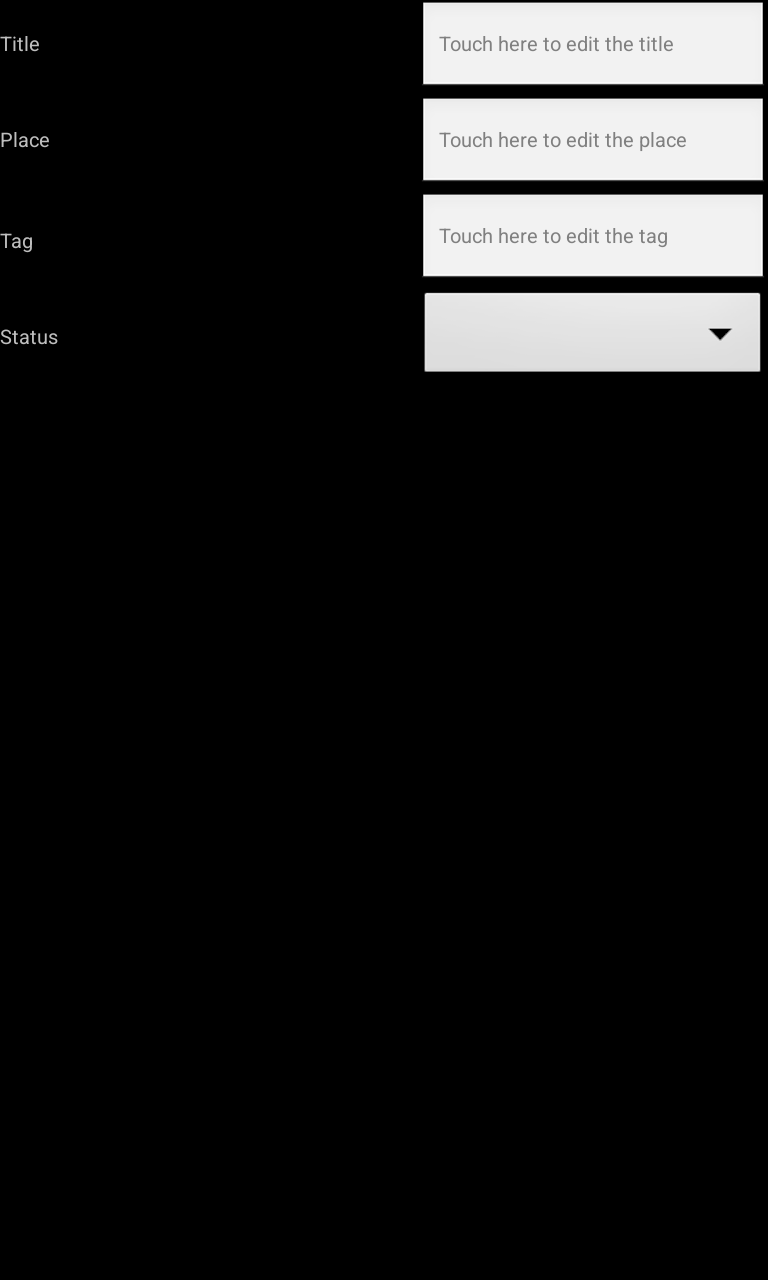
Repository: hilfialkaff/todo
Layout: ToDo_Replica/res/layout/add.xml
The author's editor kept a copy of each file at every save. The layout is drawn from the files as they stood at one save, then again after the next save.
It is drawn on a 768 x 1280 px phone screen (xhdpi) without system bars, with theme CustomTheme; the app's code is not run.

Above is the layout before, as saved 2011-03-18 01:45:41.

After the next save:
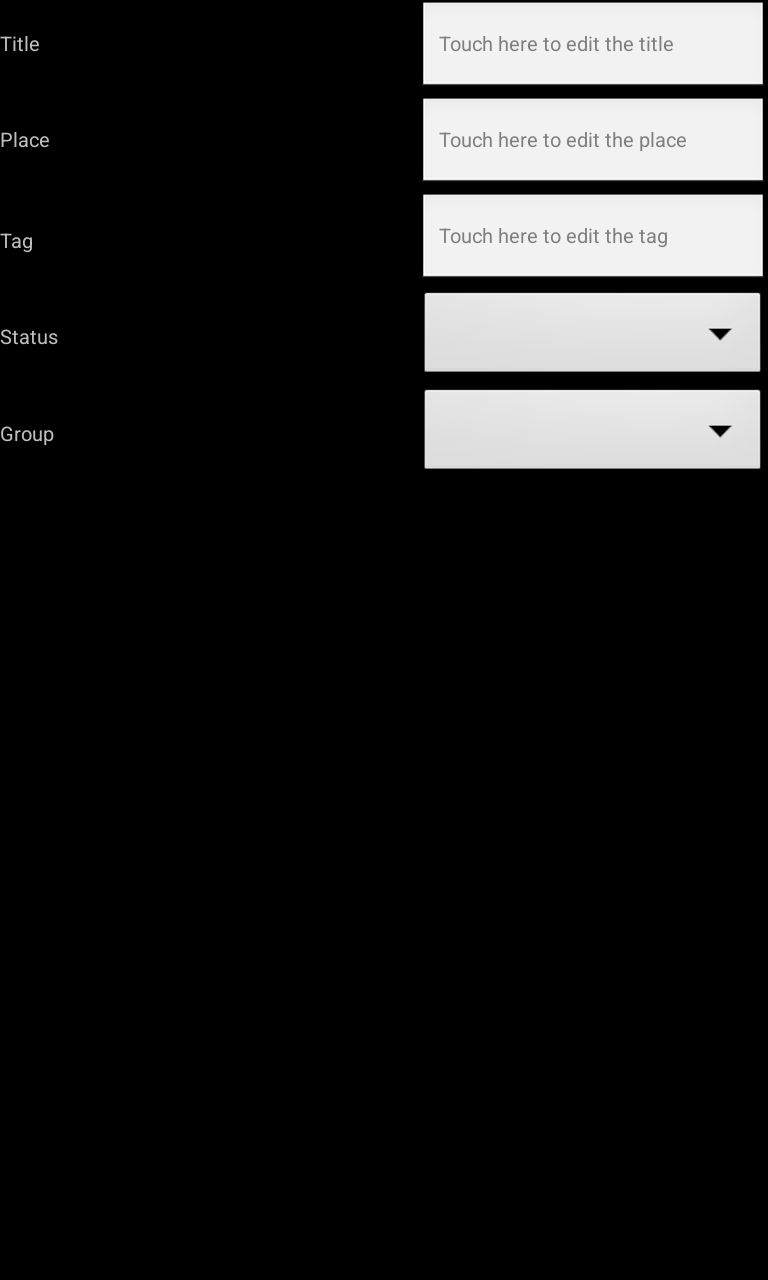
Saved 4 min 41 s later.
--- a/ToDo_Replica/res/layout/add.xml
+++ b/ToDo_Replica/res/layout/add.xml
@@ -3,11 +3,10 @@
     android:layout_width="fill_parent"
     android:layout_height="fill_parent">
 <ScrollView
-android:id="@+id/sc_timeline"
-android:layout_width="wrap_content"
-android:layout_height="wrap_content"
-android:scrollbars="vertical"
->
+	android:id="@+id/sc_timeline"
+	android:layout_width="wrap_content"
+	android:layout_height="wrap_content"
+	android:scrollbars="vertical">
 <TableLayout
 	android:id="@+id/tl_add"
 	android:layout_width="fill_parent"
@@ -89,6 +88,24 @@ android:scrollbars="vertical"
 			android:layout_height="wrap_content">
 		</Spinner>
 	</TableRow>
+	<TableRow
+		android:id="@+id/tr_group"
+		android:layout_width="fill_parent"
+		android:layout_height="wrap_content"
+		android:gravity="center_vertical">
+		<TextView
+			android:id="@+id/tv_group"
+			android:layout_width="wrap_content"
+			android:layout_height="wrap_content"
+			android:text="Group"
+			android:textSize="20px">
+		</TextView>
+		<Spinner
+			android:id="@+id/s_group"
+			android:layout_width="350px"
+			android:layout_height="wrap_content">
+		</Spinner>
+	</TableRow>
 </TableLayout>
 </ScrollView>
 </LinearLayout>
